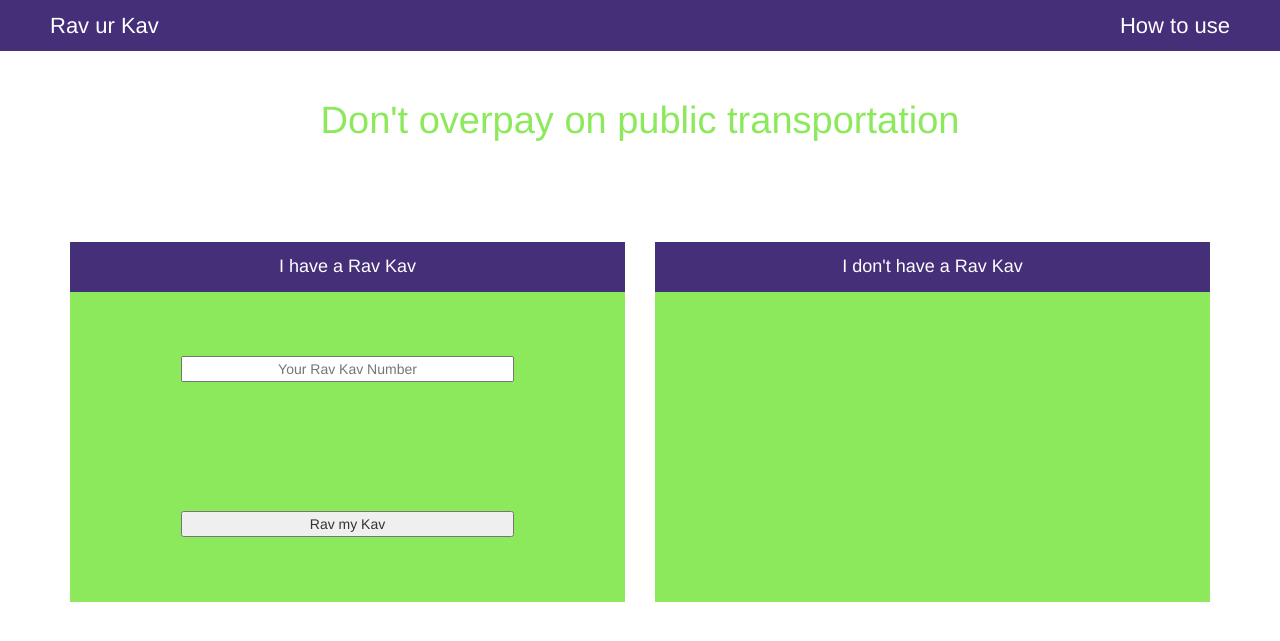
Repository: Louhla/Rav-ur-Kav
Page: index.html
An editor plug-in stored every save of this project. The page is shown before and after the next save, followed by the edit.
The browser window is 1280 px wide. The pictures show the whole page.

Above is the page before, as saved 2019-07-17 14:39:57.

### index.html
<!DOCTYPE html>
<html lang="en">

<head>
    <meta charset="utf-8">
    <meta name="viewport" content="width=device-width, initial-scale=1">
    <!-- Bootstrap CSS -->
    <link rel="stylesheet" href="https://maxcdn.bootstrapcdn.com/bootstrap/3.3.7/css/bootstrap.min.css">
    <script src="https://ajax.googleapis.com/ajax/libs/jquery/3.3.1/jquery.min.js"></script>
    <link rel="stylesheet" type="text/css" href="./css/rav-ur-kav.css">
    <title>Rav ur kav - Public Transport Calculator</title>
    <meta name="description" content="Get the best rate for your Rav Kav according to your commute">
</head>

<body>
    <heading>
        <div class="logo">Rav ur Kav
        </div>
        <div class="how-to">How to use
        </div>
    </heading>

    <div class="container">
        <div class="row">
            <div class="col-md-12">
                <h1>Don't overpay on public transportation</h1>
            </div>
        </div>
        <div class="row">
            <div class="col-md-6">
                <div class="existing-user">
                    <h4>I have a Rav Kav</h4>
                        <input id="rav-kav-number" type=text placeholder="Your Rav Kav Number"></input>
                        <button id="rav-kav-number-button">Rav my Kav</button>
                </div>
            </div>
            <div class="col-md-6">
                <div class="new-user">
                    <h4>I don't have a Rav Kav</h4>
                </div>
            </div>
        </div>
    </div>
    <script type="text/javascript" src="./js/rav-ur-kav.js"></script>
</body>

</html>

### css/rav-ur-kav.css
body{
    margin: 0px;
}
heading{
    display: flex;
    position: fixed;
    z-index: 9;
    justify-content: space-between;
    width: 100%;
    align-items: center;
    box-shadow: 5px;
    background-color: #462F79;
    color: white;
    font-size: 22px;
}
.logo{
    margin: 10px 0px 10px 50px;
}
.how-to{
    margin: 10px 50px 10px 0px;
}
.existing-user{
    background-color: #8CE95C;
    display: flex;
    flex-direction: column;
    text-align: center;
    height: 50vh;
}
.new-user{
    background-color: #8CE95C;
    text-align: center;
    height: 50vh;
}
h1{
    text-align: center;
    margin: 100px;
    color: #8CE95C;
    font-size: 38px;
}
.existing-user > h4, .new-user > h4{
    background-color: #462F79;
    padding: 15px 0px;
    margin: 0px;
    color: white;
}
#rav-kav-number{
    width: 60%;
    margin: auto;
    text-align: center;
}
#rav-kav-number-button{
    width: 60%;
    margin: auto;
}

Loaded but not shown: js/rav-ur-kav.js (no copy from this time; the picture is the same without it)

After the next save:
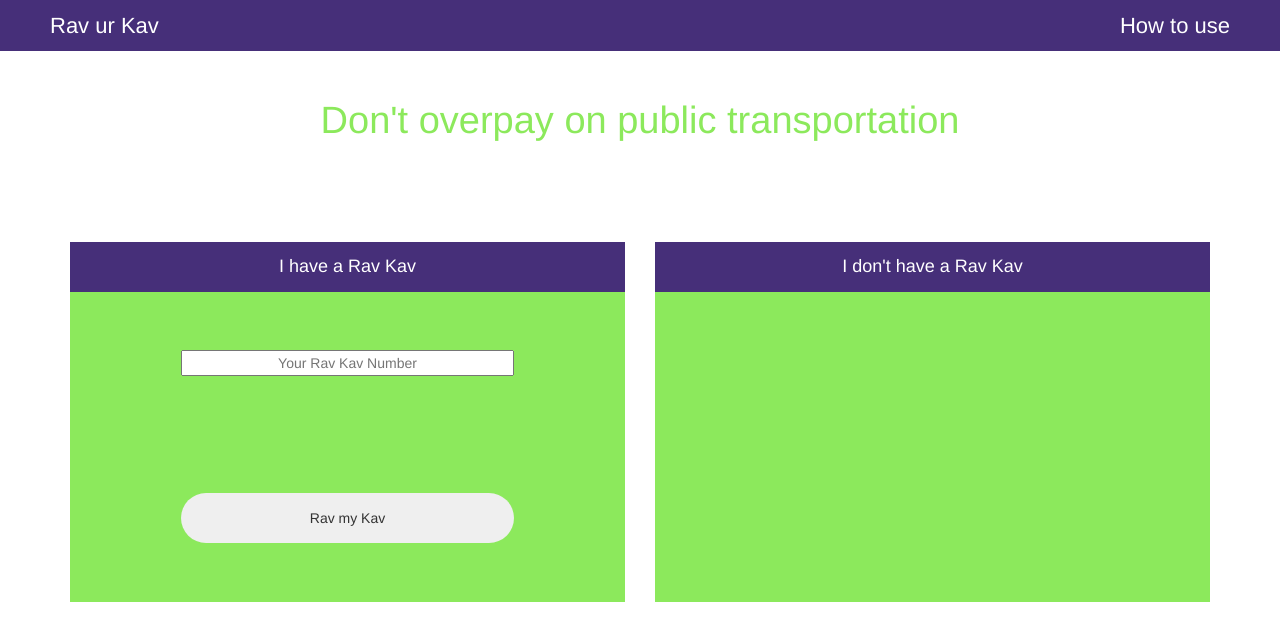
Saved 16 min 34 s later.
--- a/css/rav-ur-kav.css
+++ b/css/rav-ur-kav.css
@@ -51,4 +51,7 @@ h1{
 #rav-kav-number-button{
     width: 60%;
     margin: auto;
+    height: 50px;
+    border-radius: 50px;
+    border-style: none;
 }
